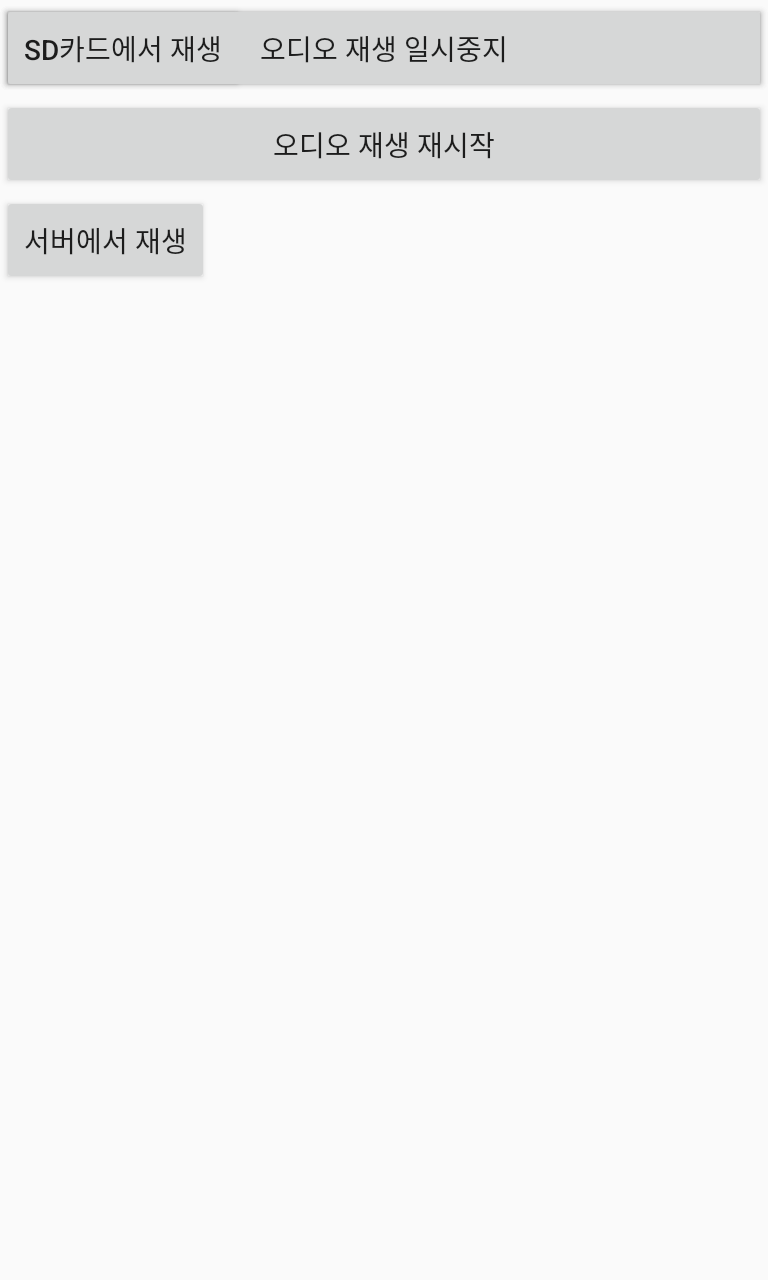
Repository: testGitHubTeam/study_Android
Layout: 70impleAudioDemo/res/layout/activity_main.xml
The author's editor kept a copy of each file at every save. The layout is drawn from the files as they stood at one save, then again after the next save.
It is drawn on a 768 x 1280 px phone screen (xhdpi) without system bars, with theme AppTheme; the app's code is not run.

Above is the layout before, as saved 2014-05-01 02:33:27.

### 70impleAudioDemo/res/layout/activity_main.xml
<RelativeLayout xmlns:android="http://schemas.android.com/apk/res/android"
    xmlns:tools="http://schemas.android.com/tools"
    android:id="@+id/container"
    android:layout_width="match_parent"
    android:layout_height="match_parent"
    tools:context="kr.android.audio.MainActivity"
     >

    <Button
        android:id="@+id/btnPlayLocal"
        android:layout_width="match_parent"
        android:layout_height="wrap_content"
        android:layout_alignParentLeft="true"
        android:layout_alignParentTop="true"
        android:text="로컬영역에서 재생" />

    <Button
        android:id="@+id/btnPause"
        android:layout_width="match_parent"
        android:layout_height="wrap_content"
        android:layout_alignParentLeft="true"
        android:layout_below="@+id/btnPlay"
        android:text="오디오 재생 일시중지" />

    <Button
        android:id="@+id/btnReplay"
        android:layout_width="match_parent"
        android:layout_height="wrap_content"
        android:layout_alignParentLeft="true"
        android:layout_below="@+id/btnPause"
        android:text="오디오 재생 재시작" />

    <Button
        android:id="@+id/btnPlayServer"
        android:layout_width="wrap_content"
        android:layout_height="wrap_content"
        android:layout_alignParentLeft="true"
        android:layout_below="@+id/btnReplay"
        android:text="서버에서 재생" />

    <Button
        android:id="@+id/btnPlaySDCard"
        android:layout_width="wrap_content"
        android:layout_height="wrap_content"
        android:layout_alignParentLeft="true"
        android:layout_below="@+id/button1"
        android:text="SD카드에서 재생" />

</RelativeLayout>

Loaded but not shown: 70impleAudioDemo/res/values/styles.xml (common file); 70impleAudioDemo/res/values-v11/styles.xml (common file); 70impleAudioDemo/res/values-v14/styles.xml (common file)

After the next save:
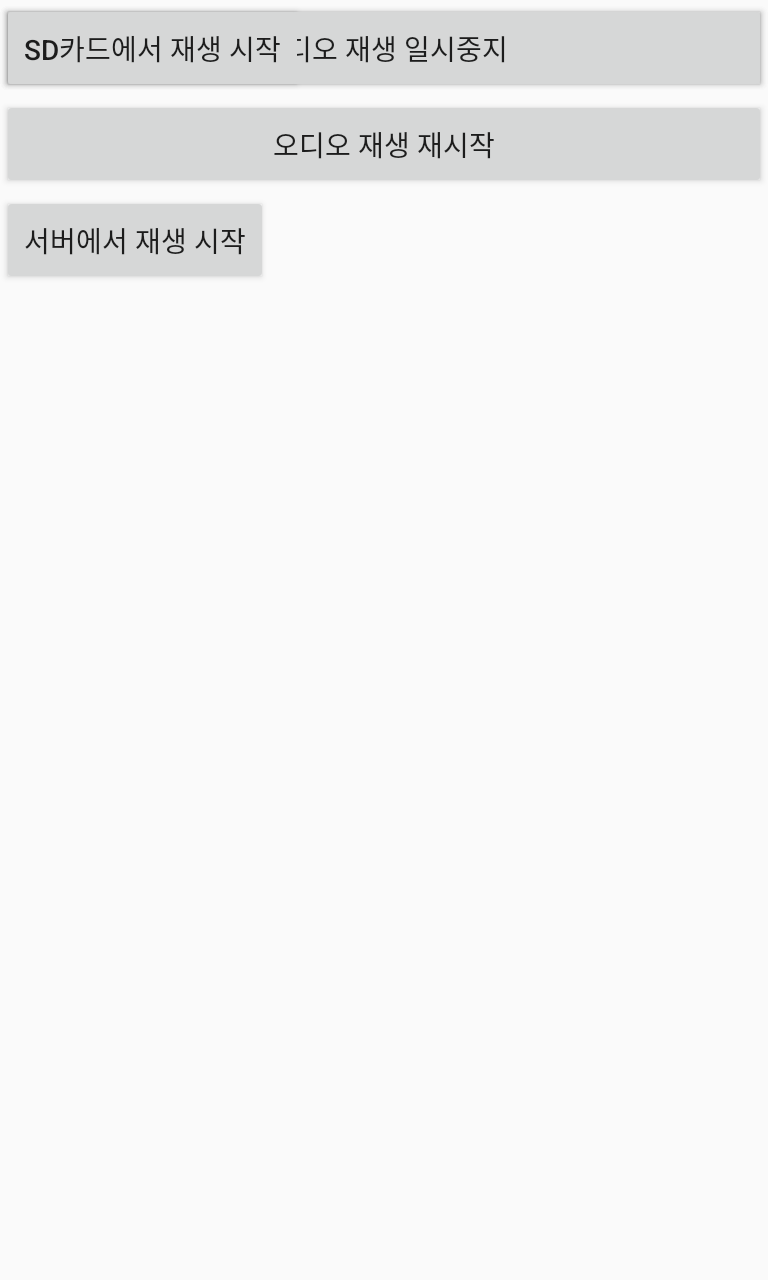
Saved 8 s later.
--- a/70impleAudioDemo/res/layout/activity_main.xml
+++ b/70impleAudioDemo/res/layout/activity_main.xml
@@ -12,7 +12,7 @@
         android:layout_height="wrap_content"
         android:layout_alignParentLeft="true"
         android:layout_alignParentTop="true"
-        android:text="로컬영역에서 재생" />
+        android:text="로컬영역에서 재생 시작" />
 
     <Button
         android:id="@+id/btnPause"
@@ -36,7 +36,7 @@
         android:layout_height="wrap_content"
         android:layout_alignParentLeft="true"
         android:layout_below="@+id/btnReplay"
-        android:text="서버에서 재생" />
+        android:text="서버에서 재생 시작" />
 
     <Button
         android:id="@+id/btnPlaySDCard"
@@ -44,6 +44,6 @@
         android:layout_height="wrap_content"
         android:layout_alignParentLeft="true"
         android:layout_below="@+id/button1"
-        android:text="SD카드에서 재생" />
+        android:text="SD카드에서 재생 시작" />
 
 </RelativeLayout>
